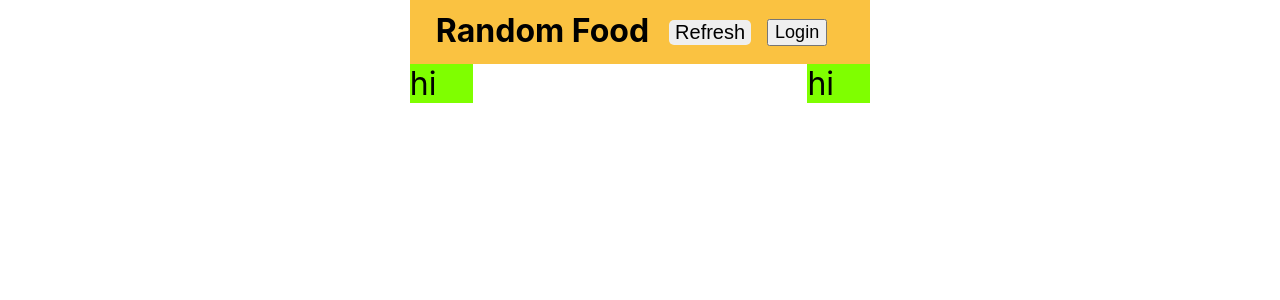
Repository: limjoohyun2030/random-food
Page: /random-food/home
The author's editor kept a copy of each file at every save. The page is drawn from the files as they stood at one save, then again after the next save.
The browser window is 1280 px wide. The pictures show the whole page.
The page's requests for data from a server got no answer. The project was rebuilt for these pictures with package versions that can differ from the ones it lists, and the page was loaded fresh each time. A package was used in the major version that the imports need, not the one package.json lists. No one was signed in, and anything a server would have sent is missing. Also part of the build but not shown: src/components/food_detail/food_detail.module.css, src/components/food_detail/food_detail.jsx, src/components/food_item/food_item.module.css, src/components/food_item/food_item.jsx, src/components/login/login.module.css, src/components/login/login.jsx.

Above is the page before, as saved 2021-11-11 02:24:12.

### public/index.html
<!DOCTYPE html>
<html lang="en">
  <head>
    <meta charset="utf-8" />
    <link rel="icon" href="/images/foodIcon.ico" />
    <meta name="viewport" content="width=device-width, initial-scale=1" />
    <meta name="theme-color" content="#000000" />
    <meta
      name="description"
      content="Web site created using create-react-app"
    />

    <title>Random Food</title>
  </head>
  <body>
    <noscript>You need to enable JavaScript to run this app.</noscript>
    <div id="root"></div>
  </body>
</html>

### src/index.js
import React from "react";
import ReactDOM from "react-dom";
import "./index.css";
import App from "./app";
import AuthService from "./service/auth_service";

const authService = new AuthService();

ReactDOM.render(
  <React.StrictMode>
    <App authService={authService} />
  </React.StrictMode>,
  document.getElementById("root")
);

### src/index.css
body {
  margin: 0;
  padding: 0;
  font-family: -apple-system, BlinkMacSystemFont, "Segoe UI", "Roboto", "Oxygen",
    "Ubuntu", "Cantarell", "Fira Sans", "Droid Sans", "Helvetica Neue",
    sans-serif;
  -webkit-font-smoothing: antialiased;
  -moz-osx-font-smoothing: grayscale;
}

code {
  font-family: source-code-pro, Menlo, Monaco, Consolas, "Courier New",
    monospace;
}

* {
  box-sizing: border-box;
}

#root {
  display: flex;
  justify-content: center;
}

### src/app.jsx
import { useEffect, useState, useRef } from "react";
import { BrowserRouter, Route, Switch } from "react-router-dom";
import styles from "./app.module.css";
import FoodDetail from "./components/food_detail/food_detail";
import FoodList from "./components/food_list/food_list";
import Header from "./components/header/header";
import Login from "./components/login/login";


function App({ authService }) {
  const ref = useRef();
  const [foods, setFoods] = useState([]);
  const [isSelectedFood, setIsSelectedFood] = useState();
  const [isFoodOpen, setIsFoodOpen] = useState(false);
  const [isRefresh, setIsRefresh] = useState(false);

  const selectFood = (food) => {
    setIsSelectedFood(food);
  };

  const onRefreshClick = () => {
    setIsRefresh((oldstate) => !oldstate);
  };

  useEffect(() => {
    const myHeaders = new Headers();
    myHeaders.append("Content-Type", "application/json");

    const requestOptions = {
      method: "GET",
      headers: myHeaders,
      redirect: "follow",
    };

    fetch(
      "https://api.spoonacular.com/recipes/random?number=4&apiKey=92cedfb0b9e844679738e6c6c90cd453",
      requestOptions
    )
      .then((response) => response.json())
      .then((result) => setFoods(result.recipes))
      .catch((error) => console.log("error", error));
  }, [isRefresh]);

  useEffect(() => {
    const checkIfClickedOutside = (e) => {
      if (isFoodOpen && ref.current && !ref.current.contains(e.target)) {
        setIsFoodOpen(false);
      }
    };

    document.addEventListener("mousedown", checkIfClickedOutside);

    return () => {
      document.removeEventListener("mousedown", checkIfClickedOutside);
    };
  }, [isFoodOpen]);

  return (
    <div className={styles.app}>
      <BrowserRouter>
        <Switch>
          <Route
            exact
            path="/random-food/"
            render={() => <Login authService={authService} />}
          />

          <Route
            path="/random-food/home"
            render={() => (
              <div>
                <Header onRefreshClick={onRefreshClick} />
                <section>
                  <div className={styles.detail}>
                    {isFoodOpen && <FoodDetail food={isSelectedFood} />}
                  </div>

                  <div
                    className={styles.list}
                    onClick={() => setIsFoodOpen((oldstate) => !oldstate)}
                  >
                    <FoodList
                      foods={foods}
                      onFoodClick={selectFood}
                      ref={ref}
                    />
                  </div>
                </section>
              </div>
            )}
          />
          <Route path="*">
            <h2>Page Not Found</h2>
          </Route>
        </Switch>
      </BrowserRouter>
    </div>
  );
}

export default App;

### src/service/auth_service.js
import firebase from "firebase";
import firebaseApp from "./firebase";

class AuthService {
  login() {
    const authProvider = new firebase.auth.GoogleAuthProvider();
    return firebaseApp.auth().signInWithPopup(authProvider);
  }
}

export default AuthService;

### src/app.module.css
/* @value makerLightOrange from './common/colors.css'; */

.app {
  max-width: 100rem;
  /* background-image: url("https://image.freepik.com/free-photo/spaghetti-with-spicy-mixed-seafood-dark-background_1150-45297.jpg"); */
  background-repeat: no-repeat;
  background-size: 100vw 100vh;
}

.content {
  position: relative;
}

.detail {
  z-index: 2;
  /* margin: auto 0; */
  margin-top: 5px;
  height: 520px;
  width: auto;
  position: absolute;
  background-color: #dfe08e;
}

.list {
  /* visibility: hidden; */
  z-index: 1;
}

### src/components/food_list/food_list.jsx
import React from "react";
import FoodItem from "../food_item/food_item";
import styles from "./food_list.module.css";

const FoodList = React.forwardRef(({ foods, onFoodClick }, ref) => {
  return (
    <section className={styles.foodBox}>
      <div className={styles.sidebarLeft}>hi</div>
      <ul className={styles.foods}>
        {foods &&
          foods.map((food) => (
            <FoodItem
              key={food.id}
              food={food}
              onFoodClick={onFoodClick}
              ref={ref}
            />
          ))}
      </ul>
      <div className={styles.sidebarRight}>hi</div>
    </section>
  );
});

export default FoodList;

### src/components/header/header.jsx
import styles from "./header.module.css";
import React from "react";

const Header = ({ onRefreshClick }) => {
  return (
    <header className={styles.header}>
      <div className={styles.leftbox}>
        {/* <img
          className={styles.foodIcon}
          src="https://github.com/Sweetpotatopizza/random-food/blob/main/public/images/reloadIcon.png"
          alt="logo"
        /> */}
        <h1 className={styles.title}>Random Food</h1>
        <button className={styles.reloadBox} onClick={onRefreshClick}>
          Refresh
          {/* <img
            className={styles.reloadBtn}
            src="/images/reload.png"
            alt="reload"
          /> */}
        </button>
      </div>
      {/* fontawesome needed */}
      <div className={styles.rightbox}>
        {/* <button className={styles.like}>Like</button> */}
        <button className={styles.login}>Login</button>
      </div>
    </header>
  );
};

export default Header;

### src/service/firebase.js
// Import the functions you need from the SDKs you need
// import { initializeApp } from "firebase/app";
import firebase from "firebase";

// TODO: Add SDKs for Firebase products that you want to use
// https://firebase.google.com/docs/web/setup#available-libraries

// Your web app's Firebase configuration
// For Firebase JS SDK v7.20.0 and later, measurementId is optional
const firebaseConfig = {
  apiKey: process.env.REACT_APP_FIREBASE_API_KEY,
  authDomain: process.env.REACT_APP_FIREBASE_AUTH_DOMAIN,
  databaseURL: process.env.REACT_APP_FIREBASE_DB_URL,
  projectId: process.env.REACT_APP_FIREBASE_PROJECT_ID,
  appId: process.env.REACT_APP_FIREBASE_APP_ID,
};

// console.log(process.env.REACT_APP_FIREBASE_API_KEY);
// Initialize Firebase
const firebaseApp = firebase.initializeApp(firebaseConfig);
export default firebaseApp;

### src/components/food_list/food_list.module.css
.foodBox {
  display: flex;
}

.foods {
  display: flex;
  flex-wrap: wrap;
  list-style: none;
  justify-content: center;
  align-items: center;
  width: 80%;
  margin: 1em auto;
  padding: 0;
}

.sidebarLeft {
  background-color: chartreuse;
  font-size: 2em;
  width: 15%;
}

.sidebarRight {
  background-color: chartreuse;
  font-size: 2em;
  width: 15%;
}

@media screen and (max-width: 769px) {
  .foods {
    flex-direction: column;
    flex-wrap: nowrap;
    width: 100%;
  }
}

### src/components/header/header.module.css
/* @value makerOrange from '../../common/colors.css'; */

.header {
  display: flex;
  height: 4rem;
  padding: 0.8em 1em;
  background-color: #fac241;
  align-items: center;
  justify-content: space-between;
}

.leftbox {
  display: flex;
  align-items: center;
  margin-right: 1em;
}

.title {
  margin-top: 19px;
  margin-left: 10px;
}

.foodIcon {
  width: 50px;
  height: 50px;
}

.reloadBox {
  font-size: 20px;
  border-radius: 5px;
  border: none;
  margin-left: 1em;
  transition: transform 200ms ease-in-out;
}

.reloadBox:hover {
  cursor: pointer;
  transform: scale(1.07);
}

.reloadBtn {
  width: 40px;
  height: 40px;
}

.reloadBtn:hover {
  cursor: pointer;
  animation-name: spin;
  animation-duration: 2000ms;
  animation-iteration-count: infinite;
  animation-timing-function: linear;
}

@keyframes spin {
  from {
    transform: rotate(0deg);
  }
  to {
    transform: rotate(360deg);
  }
}

.like {
  margin-right: 1.5em;
  font-size: large;
  cursor: pointer;
  transition: transform 200ms ease-in-out;
}

.like:hover {
  transform: scale(1.07);
}

.login {
  margin-right: 1.5em;
  font-size: large;
  cursor: pointer;
  transition: transform 200ms ease-in-out;
}

.login:hover {
  transform: scale(1.07);
}

After the next save:
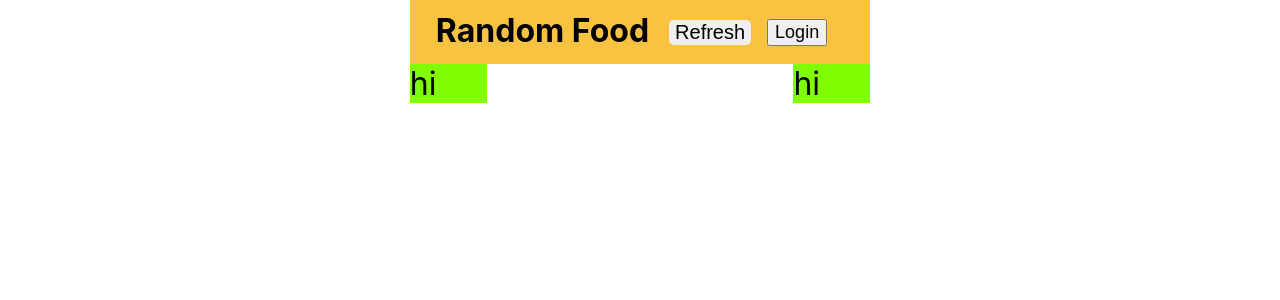
Saved 12 s later.
--- a/src/components/food_list/food_list.module.css
+++ b/src/components/food_list/food_list.module.css
@@ -16,13 +16,13 @@
 .sidebarLeft {
   background-color: chartreuse;
   font-size: 2em;
-  width: 15%;
+  width: 20%;
 }
 
 .sidebarRight {
   background-color: chartreuse;
   font-size: 2em;
-  width: 15%;
+  width: 20%;
 }
 
 @media screen and (max-width: 769px) {
